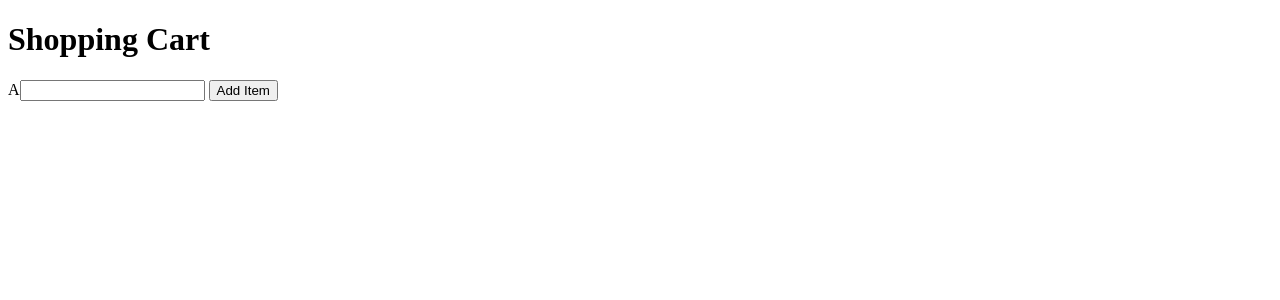
Repository: Mankelvo/Cat
Page: index.html
The author's editor kept a copy of each file at every save. The page is drawn from the files as they stood at one save, then again after a run of saves.
The browser window is 1280 px wide. The pictures show the whole page.

Above is the page before, as saved 2026-02-12 20:46:59.

### index.html
<!DOCTYPE html>
<html lang="en">
<head>
    <meta charset="UTF-8">
    <meta name="viewport" content="width=device-width, initial-scale=1.0">
    <title>Cart Logic challenge</title>
    <link rel="stylesheet" link="styles.css">
</head>
<body>
   <div class="container">
<h1>Shopping Cart</h1>
<div class="input-container">
    <label>A<input id="input" type="text"></label>
    <button>Add Item</button>

</div>
<div class="btn-container"></div>
   </div>
</body>
</html>

After the next 2 saves:
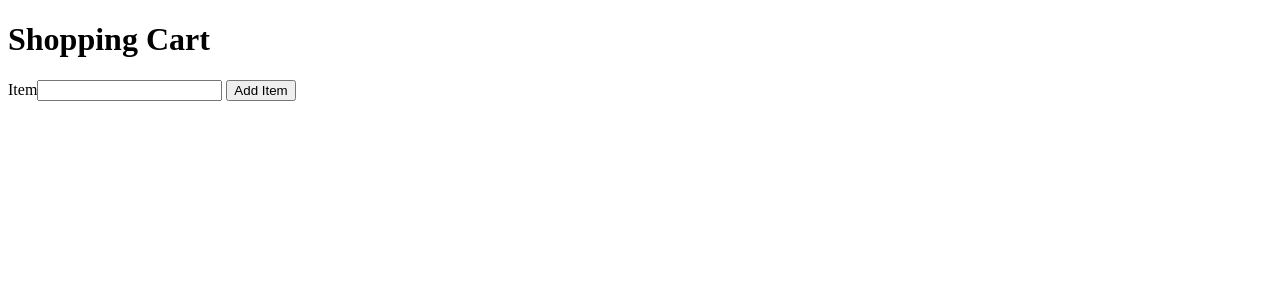
The 2 saves are shown as one change because they came seconds apart.
The last was saved 8 s later.
--- a/index.html
+++ b/index.html
@@ -10,7 +10,7 @@
    <div class="container">
 <h1>Shopping Cart</h1>
 <div class="input-container">
-    <label>A<input id="input" type="text"></label>
+    <label>Item<input id="input" type="text"></label>
     <button>Add Item</button>
 
 </div>
